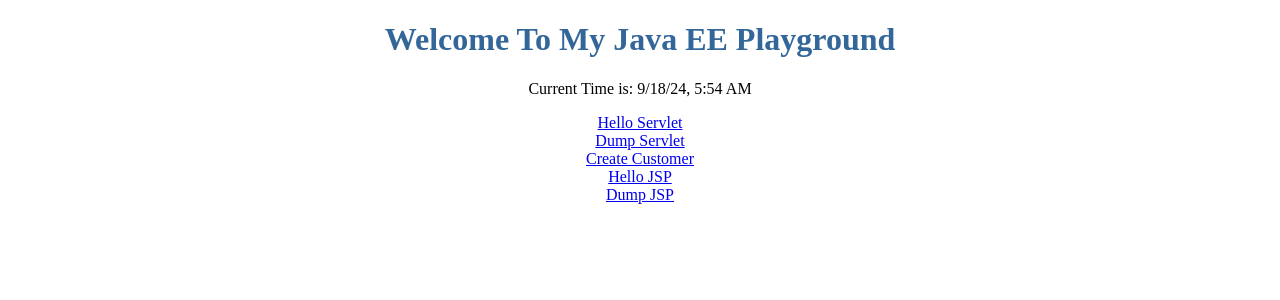
Repository: stanleydk4/JAVA_EE
Page: http://localhost/myWeb/
These files come from the project's save history. The page is drawn as it stood at one moment and after the next save; the edit follows.
The browser window is 1280 px wide. The pictures show the whole page.
The page is served by Tomcat 10. Other server files are loaded and not shown.

Above is the page before, as saved 2024-09-20 07:12:00.

### myWeb/src/main/webapp/index.jsp
<%@page import="java.text.SimpleDateFormat"%>
<%@page import="java.util.Date"%>
<%@ page language="java" contentType="text/html; charset=UTF-8"
    pageEncoding="UTF-8"%>
<!DOCTYPE html>
<html>
<head>
<meta charset="UTF-8">
<title>Welcome</title>
<link href="style/myStyle.css" rel="stylesheet" ></link>
</head>
<body>
	<h1>Welcome To My Java EE Playground</h1>
	<p>Current Time is: <%= SimpleDateFormat.getInstance().format(new Date()) %></p>
	<p>
		<a href ="admin/hello.aspx">Hello Servlet</a><br/>
		<a href ="admin/dump.view">Dump Servlet</a><br/>
		<a href ="customer/createCustomer.jsp">Create Customer</a><br/>
		<a href ="hello.jsp">Hello JSP</a><br/>
		<a href ="admin/dump.jsp">Dump JSP</a><br/>
	</p>
</body>
</html>

### myWeb/src/main/webapp/style/myStyle.css
@charset "UTF-8";
body {
	text-align: center;
	margin: auto;
}
h1,h2 {
	color:#369;
}

After the next save:
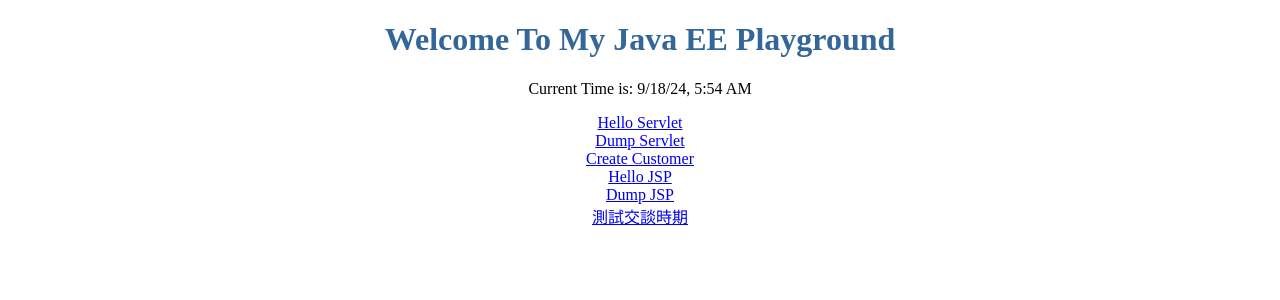
Saved 2 min 15 s later.
--- a/myWeb/src/main/webapp/index.jsp
+++ b/myWeb/src/main/webapp/index.jsp
@@ -18,6 +18,7 @@
 		<a href ="customer/createCustomer.jsp">Create Customer</a><br/>
 		<a href ="hello.jsp">Hello JSP</a><br/>
 		<a href ="admin/dump.jsp">Dump JSP</a><br/>
+		<a href ="customer/createCustomer1.jsp">測試交談時期</a><br/>
 	</p>
 </body>
 </html>
